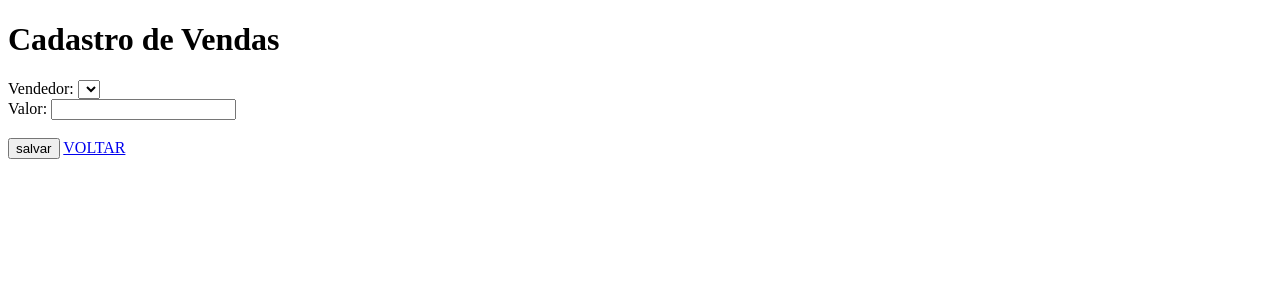
Repository: gabriellacrystina/workspaceWeb
Page: http://localhost/PrjVendas/CadastroVendas.jsp
An editor plug-in stored every save of this project. The page is shown before and after the next save, followed by the edit.
The browser window is 1280 px wide. The pictures show the whole page.
The page is served by Tomcat 9. Other server files are loaded and not shown.

Above is the page before, as saved 2015-09-21 14:02:19.

### PrjVendas/WebContent/CadastroVendas.jsp
<%@ page language="java" contentType="text/html; charset=ISO-8859-1"
    pageEncoding="ISO-8859-1"%>

<%@ page import="java.util.ArrayList" %>
<%@ page import="Modelo.Vendedor" %>
<!DOCTYPE html PUBLIC "-//W3C//DTD HTML 4.01 Transitional//EN" "http://www.w3.org/TR/html4/loose.dtd">
<html>
	<head>
	<meta http-equiv="Content-Type" content="text/html; charset=ISO-8859-1">
	<title>Cadastro de Vendas</title>
	</head>
	<body>
		<form action="CadastroVendas" method="post">

		<h1>Cadastro de Vendas</h1>

		Vendedor:
		<select name="vendedor">

		<%
			ArrayList<Vendedor> listaVendedor = (ArrayList<Vendedor>) session.getAttribute("listaVendedor");

			if(listaVendedor != null){
				for(int i = 0; i < listaVendedor.size(); i++){
				%>
					<option value="<%=i%>"><%=listaVendedor.get(i).getNome()%></option>
				<%
				}
			}
			%>

		</select><br>
		Valor: <input type="text" name="valor"><br><br>

		<input type="submit" name="btnSubmit" value="salvar">


		<a href="Menu.jsp">VOLTAR</a><br>
		</form>
	</body>
</html>

After the next save:
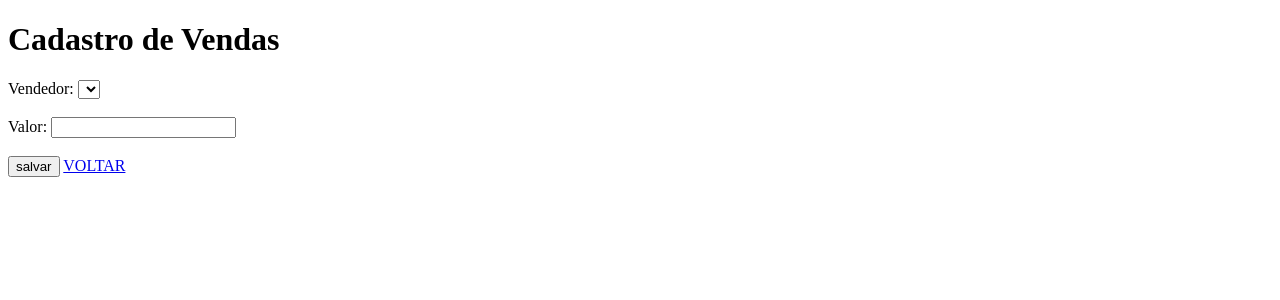
Saved 17 s later.
--- a/PrjVendas/WebContent/CadastroVendas.jsp
+++ b/PrjVendas/WebContent/CadastroVendas.jsp
@@ -29,7 +29,7 @@
 			}
 			%>
 
-		</select><br>
+		</select><br><br>
 		Valor: <input type="text" name="valor"><br><br>
 
 		<input type="submit" name="btnSubmit" value="salvar">
